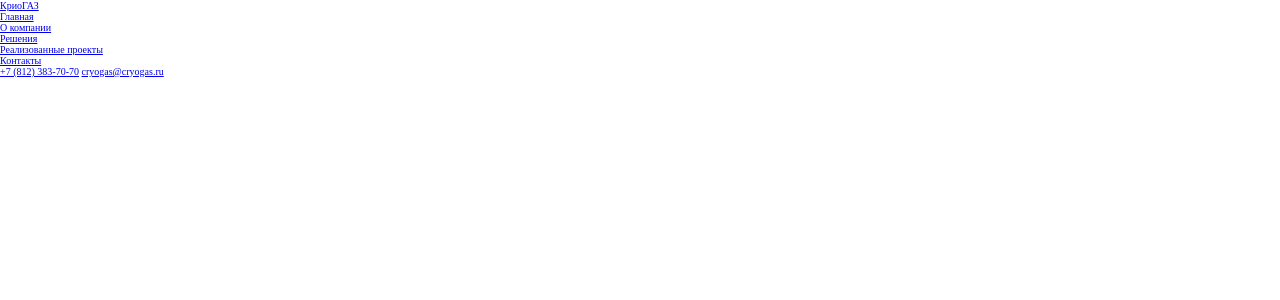
Repository: aSSasdy/assasdy.github.io
Page: index.html
These files come from the project's save history. The page is drawn as it stood at one moment and after the next save; the edit follows.
The browser window is 1280 px wide. The pictures show the whole page.
The style sheet was rebuilt from its Sass, Less or Tailwind sources for each picture, by a compiler version that may differ from the author's.

Above is the page before, as saved 2021-12-06 20:39:22.

### index.html
<!DOCTYPE html>
<html lang="en">
<head>
    <meta charset="UTF-8">
    <meta http-equiv="X-UA-Compatible" content="IE=edge">
    <meta name="viewport" content="width=device-width, initial-scale=1.0">
    <title>Document</title>
    <link rel="stylesheet" href="scss/style.css">
    <link rel="stylesheet" href="css/reset.css">
</head>
<body>
    <header>
        <div class="header-logo">
            <a href="/">КриоГАЗ</a>
        </div>
        <div class="header-menu">
            <ul>
                <li><a href="/">Главная</a></li>
                <li><a href="/">О компании</a></li>
                <li><a href="/">Решения</a></li>
                <li><a href="/">Реализованные проекты</a></li>
                <li><a href="/">Контакты</a></li>
            </ul>
        </div>
        <div class="header-contacts">
            <a href="tel:+78123837070">+7 (812) 383-70-70</a>
            <a href="mail:cryogas@cryogas.ru">cryogas@cryogas.ru</a>
        </div>
    </header>
</body>
</html>

### css/reset.css
*, :before, :after{
	margin:0;
	padding:0;
	-webkit-box-sizing: border-box;
	-moz-box-sizing: border-box;
	box-sizing: border-box;
}
ol, ul {list-style: none;}
:focus {	outline: 0;}
::-webkit-input-placeholder{text-indent: 0px;   transition: text-indent 0.3s ease;font-family: inherit; color: #737B7D}
::-moz-placeholder{opacity: 1; transition: opacity 0.3s ease;font-family: inherit; color: #737B7D}
:-moz-placeholder{opacity: 1; transition: opacity 0.3s ease;font-family: inherit; color: #737B7D}
:-ms-input-placeholder{ text-indent: 0px;   transition: text-indent 0.3s ease;font-family: inherit; color: #737B7D}
:focus::-webkit-input-placeholder{ text-indent: -500px; transition: text-indent 0.3s ease;}
:focus::-moz-placeholder{opacity: 0; transition: opacity 0.3s ease;}
:focus:-moz-placeholder{opacity: 0; transition: opacity 0.3s ease;}
:focus:-ms-input-placeholder{ text-indent: -500px;   transition: text-indent 0.3s ease;}
table {
	border-collapse: collapse;
	border-spacing: 0;
}
label, input:not([type="checkbox"]),
input:not([type="radio"]) , button{
	-webkit-appearance:none;
	font-family: inherit;
}
label, input[type="submit"], button{cursor:pointer;}
img{border: none;}
html, body{
    height: 100%;
}
html{font-size: 62.5%;}
button:focus{outline: none!important}
input::-webkit-outer-spin-button,
input::-webkit-inner-spin-button {
    -webkit-appearance: none;
    margin: 0;
}
input:hover::-webkit-outer-spin-button,
input:hover::-webkit-inner-spin-button {
    display: none;
    -webkit-appearance: none;
    margin: 0;
}

Loaded but not shown: scss/style.scss (no stored copy; drawn as an empty file)

After the next save:
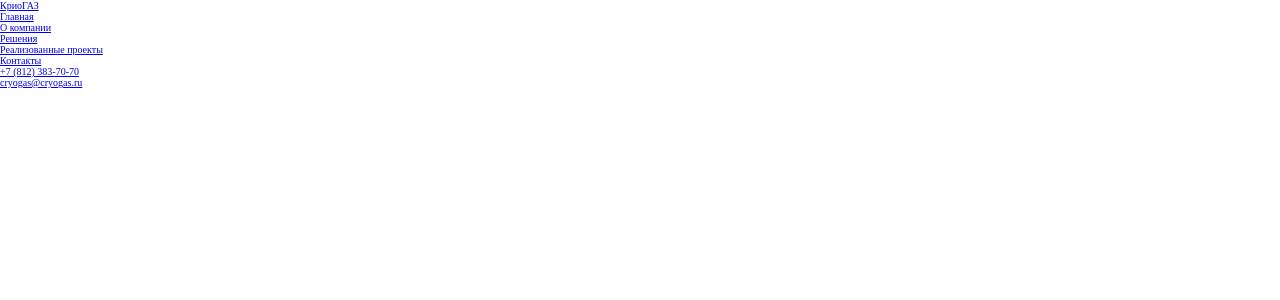
Saved 31 s later.
--- a/index.html
+++ b/index.html
@@ -24,7 +24,7 @@
         </div>
         <div class="header-contacts">
             <a href="tel:+78123837070">+7 (812) 383-70-70</a>
-            <a href="mail:cryogas@cryogas.ru">cryogas@cryogas.ru</a>
+            <p><a href="mail:cryogas@cryogas.ru">cryogas@cryogas.ru</a></p>
         </div>
     </header>
 </body>
